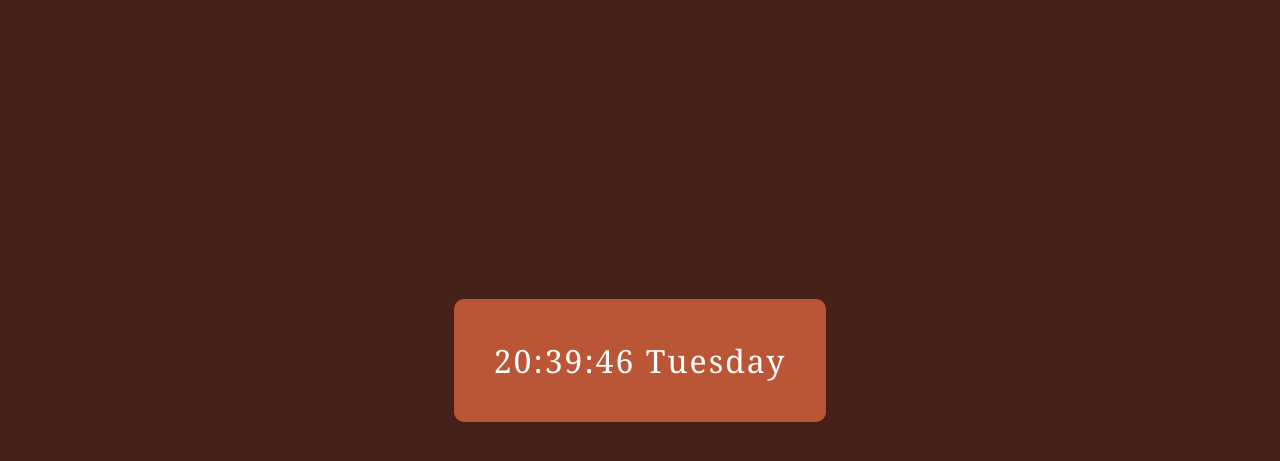
Repository: qtqqrdy13/clock
Page: index.html
An editor plug-in stored every save of this project. The page is shown before and after the next save, followed by the edit.
The browser window is 1280 px wide. The pictures show the whole page.

Above is the page before, as saved 2023-11-21 20:44:28.

### index.html
<!DOCTYPE html>
<html lang="en">
<head>
    <meta charset="UTF-8">
    <meta name="viewport" content="width=device-width, initial-scale=1.0">
    <title>Document</title>
    <link rel="stylesheet" href="style.css">
</head>
<body>
    <div id="clock"></div>
    <script src="script.js"></script>
</body>
</html>

### style.css
body{
    font-family:Georgia, 'Times New Roman', Times, serif;
    display: flex;
    justify-content: center;
    align-items: center;
    height: 100vh;
    margin: 0;
    background-color:#46211A;
    color: white;
    flex-direction: column;
}
#clock{
    font-size: 2em;
    text-align: center;
    letter-spacing: 2px;
    margin: 20px;
    padding: 40px;
    border-radius: 10px;
    background-color:#ba5536;

}

### script.js
function updateClock(){
    const now = new Date();
    const hours = now.getHours().toString().padStart(2,'0');
    const minutes = now.getMinutes().toString().padStart(2,'0');
    const seconds = now.getSeconds().toString().padStart(2,'0');
    const day = ['Sunday','Monday','Tuesday','Wednesday','Thursday','Friday','Saturday'][now.getDay()]
    const timeString = `${hours}:${minutes}:${seconds} ${day}`
    document.getElementById('clock').innerText = timeString;
}

setInterval(updateClock,1000)
updateClock()

After the next save:
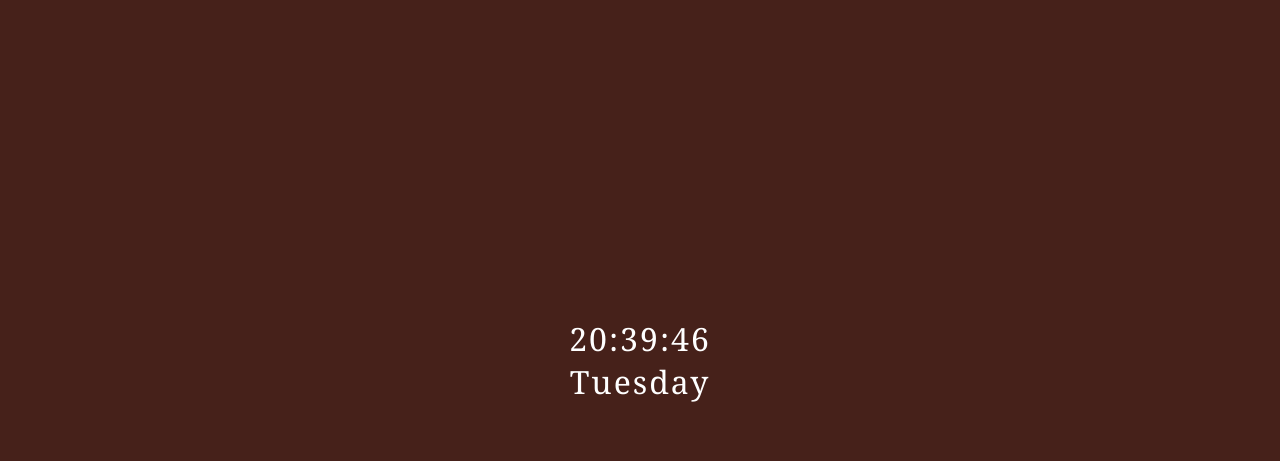
Saved 83 s later.
--- a/style.css
+++ b/style.css
@@ -15,7 +15,5 @@
     letter-spacing: 2px;
     margin: 20px;
     padding: 40px;
-    border-radius: 10px;
-    background-color:#ba5536;
-
+    width: 185px;
 }
